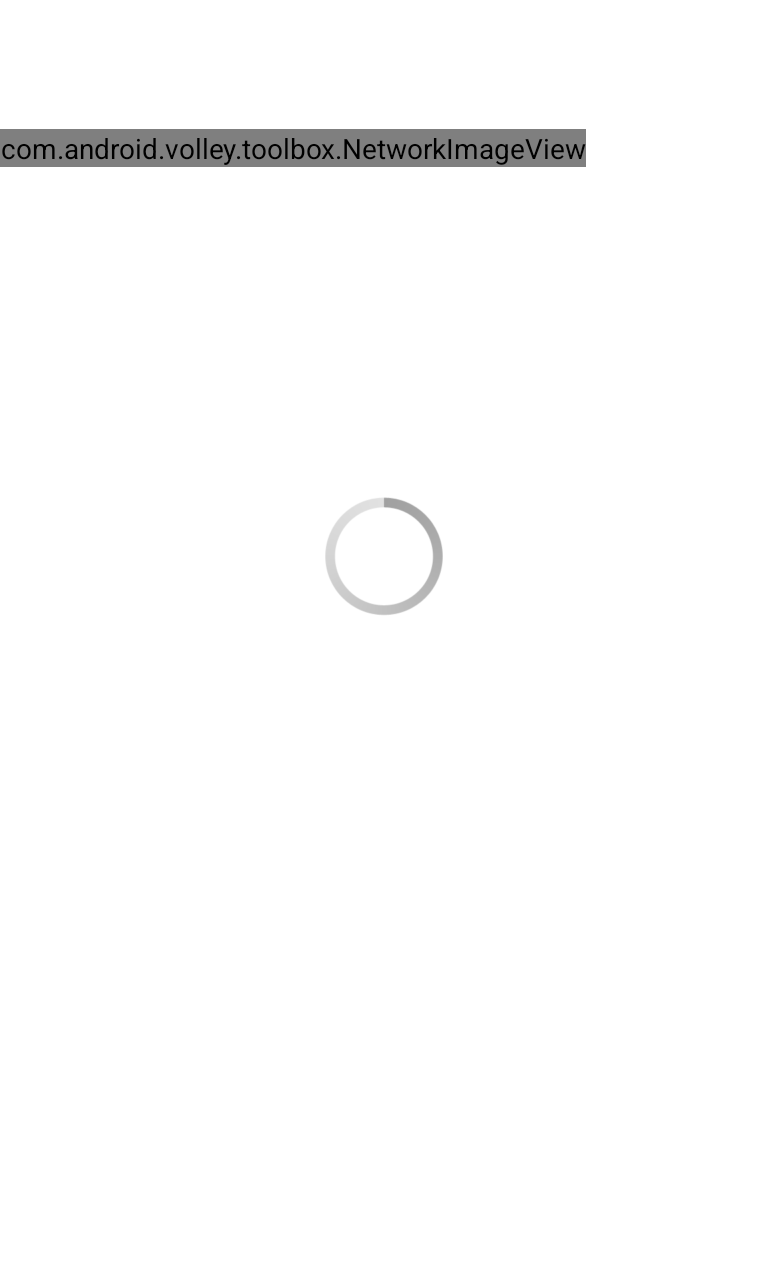
Repository: drice0331/CityMapsAndroidChallenge
Layout: CitymapsUserPhotoDisplay/res/layout/activity_photo_display.xml
An editor plug-in stored every save of this project. The layout is shown before and after the next save, followed by the edit.
Pictures or frames that could not be fetched are drawn as grey boxes. It is drawn on a 768 x 1280 px phone screen (xhdpi) without system bars, with theme AppTheme; the app's code is not run.

Above is the layout before, as saved 2015-02-18 22:12:08.

After the next save:
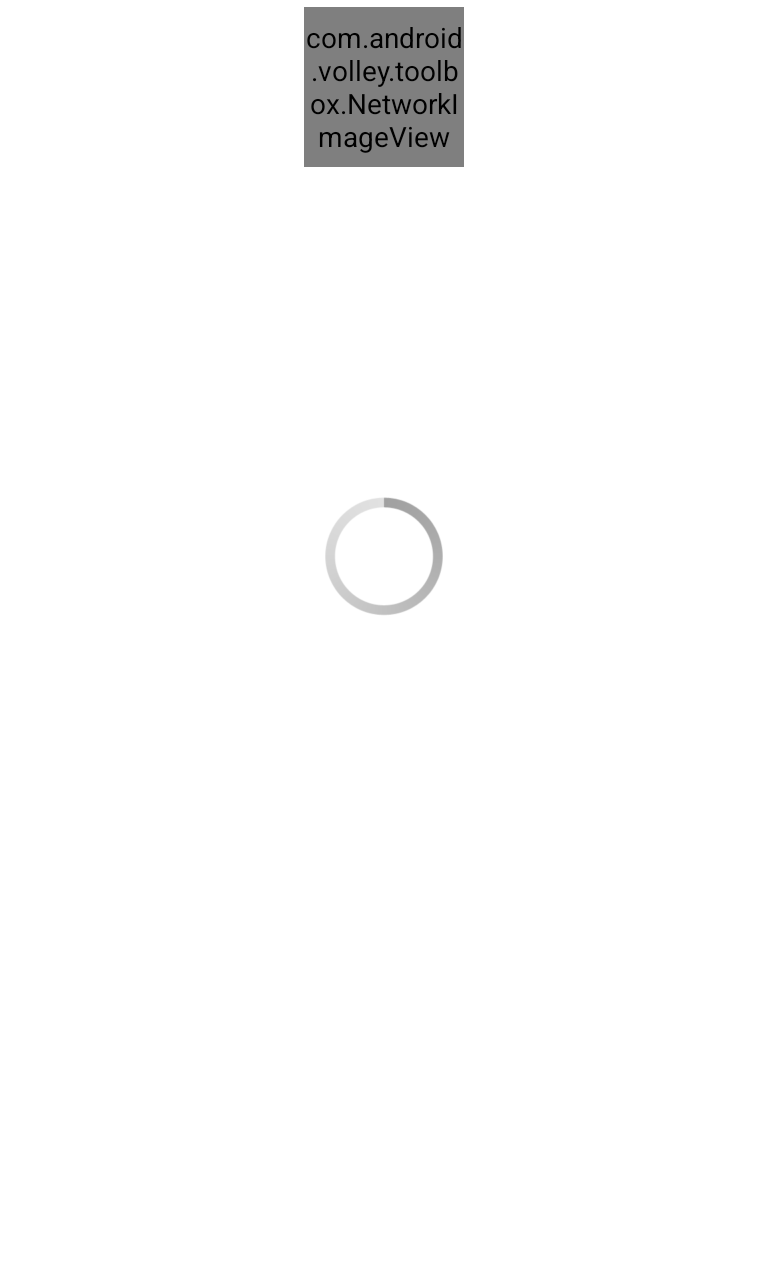
Saved 96 s later.
--- a/CitymapsUserPhotoDisplay/res/layout/activity_photo_display.xml
+++ b/CitymapsUserPhotoDisplay/res/layout/activity_photo_display.xml
@@ -20,9 +20,10 @@
 
         <com.android.volley.toolbox.NetworkImageView
             android:id="@+id/avatar"
-            android:layout_width="wrap_content"
-            android:layout_height="wrap_content"
-            android:layout_above="@id/username"/>
+            android:layout_width="80dp"
+            android:layout_height="80dp"
+            android:layout_above="@id/username"
+            android:layout_centerHorizontal="true"/>
     </RelativeLayout>
 
     <!-- We have to indicate that the listview is now a PullAndLoadListView -->
